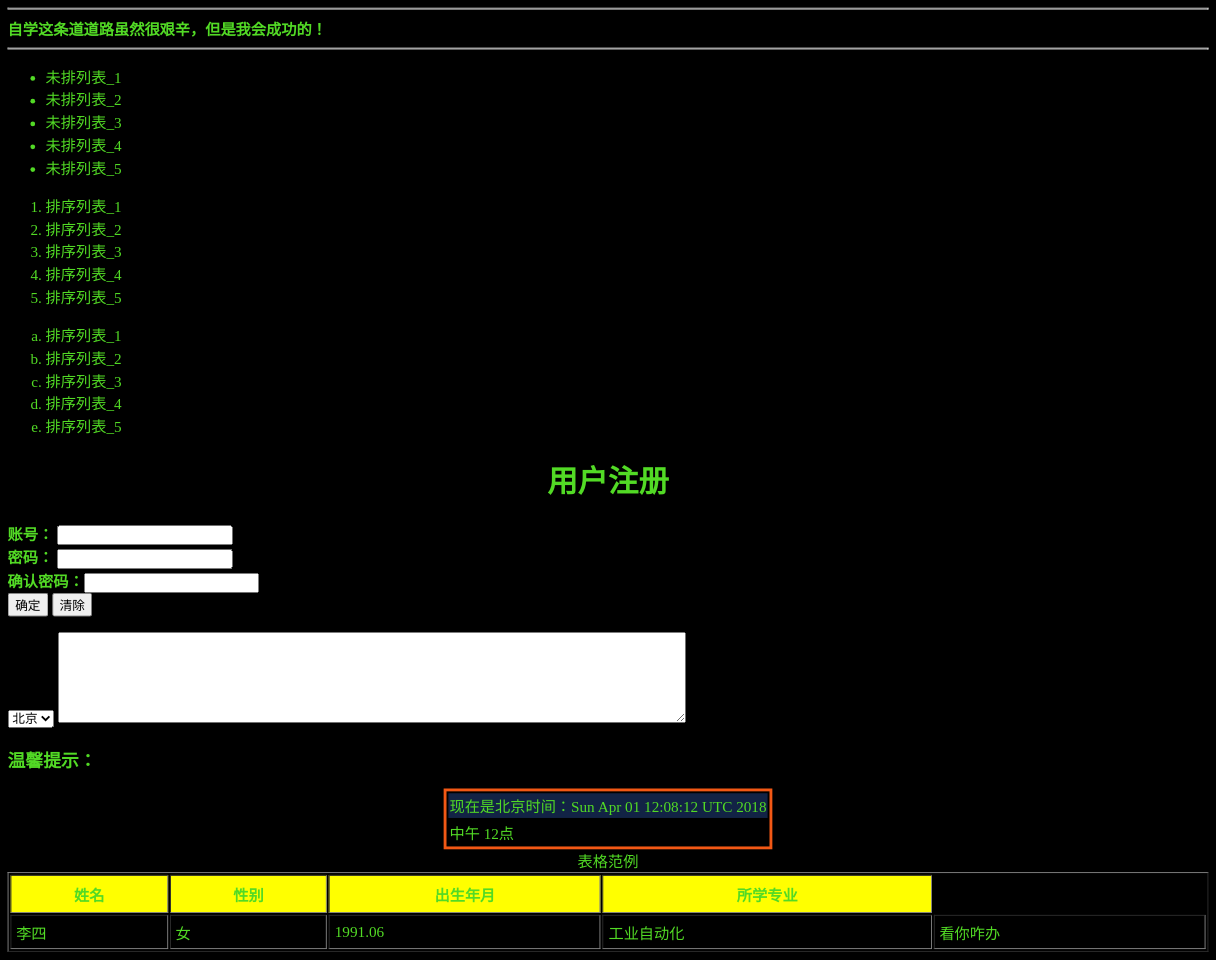
Repository: Coder-YJ/Java
Page: http://localhost/JspTest/test.jsp
These files come from the project's save history. The page is drawn as it stood at one moment and after the next save; the edit follows.
The browser window is 1280 px wide. The pictures show the whole page, at 95% of full size.
The page is served by Tomcat 9.

Above is the page before, as saved 2018-04-01 13:10:58.

After the next save:
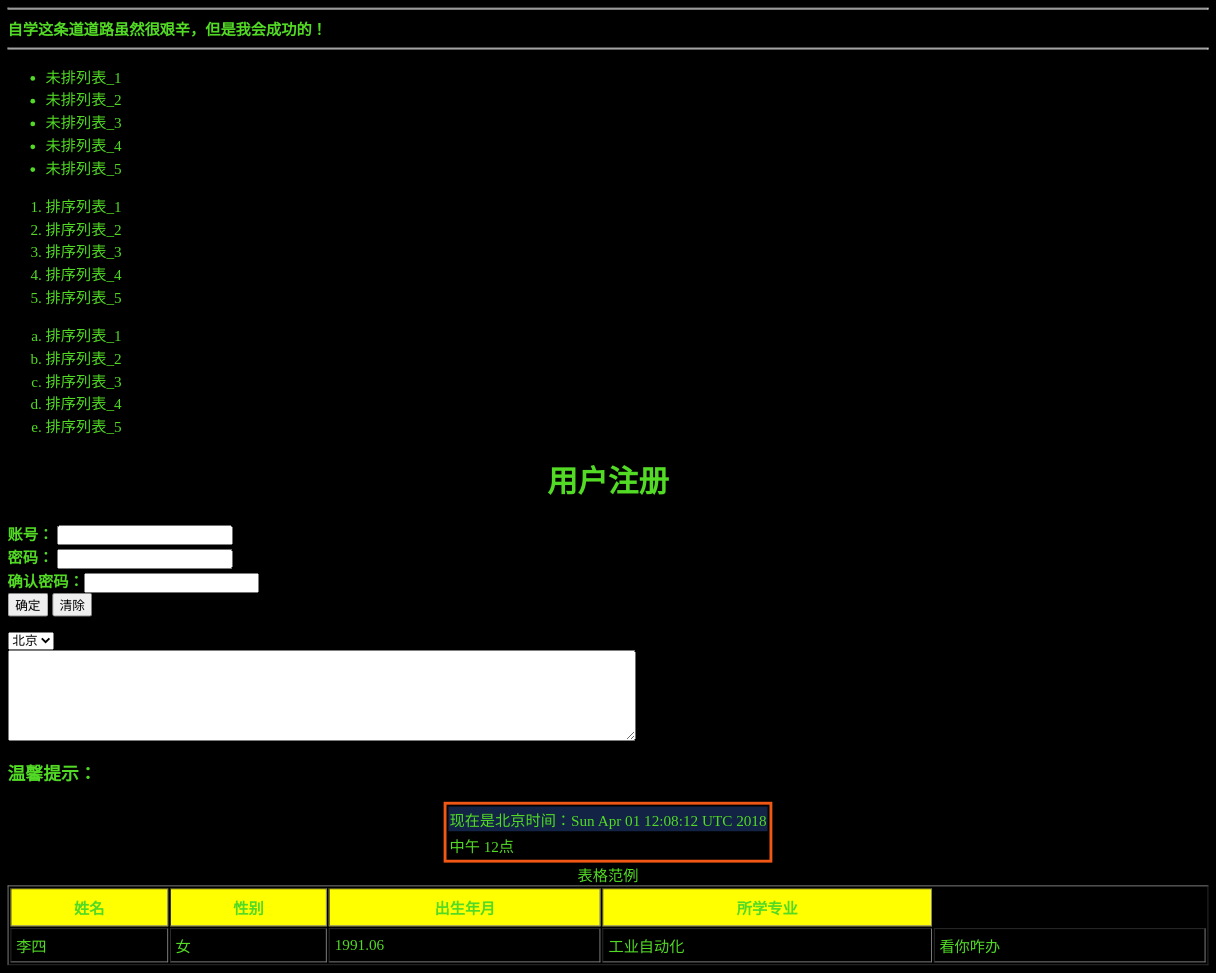
Saved 50 s later.
--- a/MyEclipse10/JspTest/WebRoot/test.jsp
+++ b/MyEclipse10/JspTest/WebRoot/test.jsp
@@ -46,7 +46,7 @@
 		<option value="beijing" selected>北京</option>
 		<option value="shanghai">上海</option>
 		<option value="shenzhen">深圳</option>
-	</select>
+	</select><br>
 
 	<textarea name="text_submitted" rows="6" cols="80"></textarea>
 
